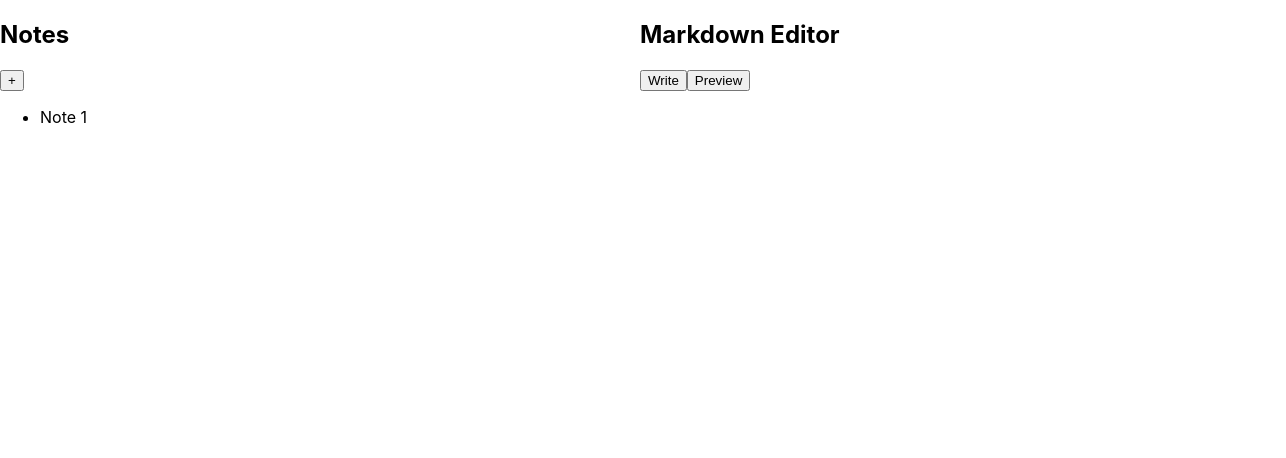
Repository: sriram1224/markdown_editor
Page: /
These files come from the project's save history. The page is drawn as it stood at one moment and after the next save; the edit follows.
The browser window is 1280 px wide. The page is 1280 px wide, then 1286 px, so the pictures cover 1286 px, including what lies to the right of the window. The pictures show the whole page.
The project was rebuilt for these pictures with package versions that can differ from the ones it lists, and the page was loaded fresh each time.

Above is the page before, as saved 2024-04-22 20:18:22.

### src/App.js

import MarkdownEditor from './Components/Markdown';
function App() {
  return (
    <div>
     <MarkdownEditor />
    </div>
  );
}

export default App;

### src/Components/Markdown.js
import React, { useState } from 'react';
import ReactMarkdown from 'react-markdown';

const MarkdownEditor = () => {
  const [notes, setNotes] = useState([{ id: 1, content: '' }]);
  const [currentNoteId, setCurrentNoteId] = useState(1);
  const [markdownContent, setMarkdownContent] = useState('');
  const [showEditor, setShowEditor] = useState(false);

  const handleNoteAdd = () => {
    const newNoteId = currentNoteId + 1;
    setNotes([...notes, { id: newNoteId, content: '' }]);
    setCurrentNoteId(newNoteId);
    setMarkdownContent('');
    setShowEditor(true);
  };

  const handleNoteChange = (id, content) => {
    const updatedNotes = notes.map((note) =>
      note.id === id ? { ...note, content } : note
    );
    setNotes(updatedNotes);
  };

  const handleEditorChange = (content) => {
    setMarkdownContent(content);
    handleNoteChange(currentNoteId, content);
  };

  const handleNoteClick = (id) => {
    const note = notes.find(note => note.id === id);
    if (note) {
      setCurrentNoteId(id);
      setMarkdownContent(note.content);
      setShowEditor(true);
    }
  };

    return (
    <div>
      <div style={{ float: 'left', width: '50%' }}>
        <h2>Notes</h2><button onClick={handleNoteAdd}>+</button>
        <ul>
          {notes.map((note) => (
            <li key={note.id} onClick={() => handleNoteClick(note.id)}>
              Note {note.id}
            </li>
          ))}
        </ul>

      </div>
      <div style={{ float: 'left', width: '50%' }}>
        <h2>Markdown Editor</h2>
        <div>
          <button onClick={() => setShowEditor(true)}>Write</button>
          <button onClick={() => setShowEditor(false)}>Preview</button>
        </div>
        {showEditor ? (
          <textarea
            value={markdownContent}
            onChange={(e) => handleEditorChange(e.target.value)}
            style={{ width: '100%', height: '300px' }}
          />
        ) : (
          <ReactMarkdown>{markdownContent}</ReactMarkdown>
        )}
      </div>
    </div>
  );
};

export default MarkdownEditor;

Loaded but not shown: public/index.html (common file); src/index.js (common file); src/index.css (common file); src/reportWebVitals.js (common file)

After the next save:
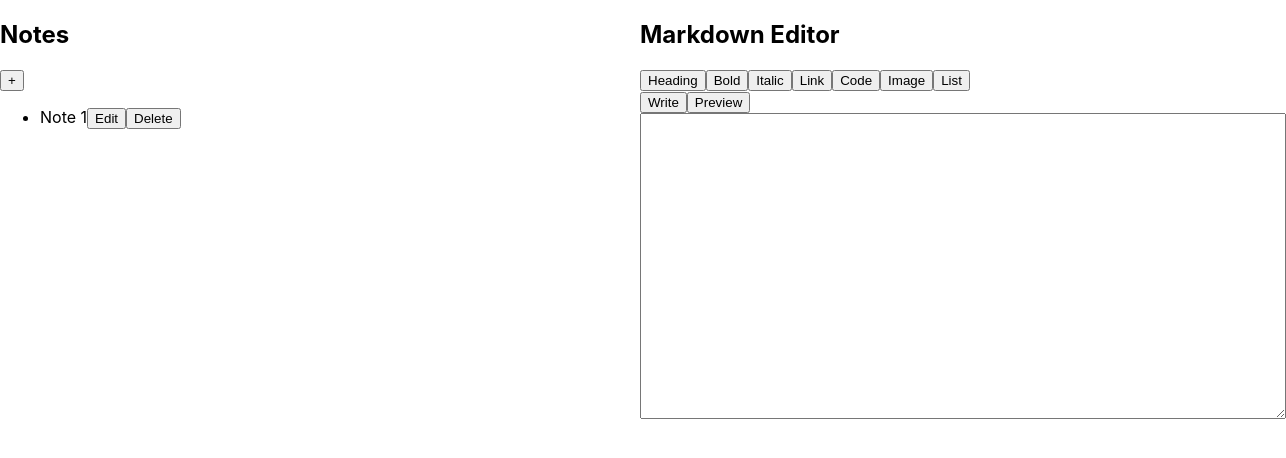
Saved 10 min 19 s later.
--- a/src/Components/Markdown.js
+++ b/src/Components/Markdown.js
@@ -1,14 +1,16 @@
-import React, { useState } from 'react';
+import React, { useState, useRef } from 'react';
 import ReactMarkdown from 'react-markdown';
 
 const MarkdownEditor = () => {
   const [notes, setNotes] = useState([{ id: 1, content: '' }]);
   const [currentNoteId, setCurrentNoteId] = useState(1);
   const [markdownContent, setMarkdownContent] = useState('');
-  const [showEditor, setShowEditor] = useState(false);
+  const [showEditor, setShowEditor] = useState(true);
+
+  const textareaRef = useRef();
 
   const handleNoteAdd = () => {
-    const newNoteId = currentNoteId + 1;
+    const newNoteId = (notes[notes.length - 1]?.id || 0) + 1;
     setNotes([...notes, { id: newNoteId, content: '' }]);
     setCurrentNoteId(newNoteId);
     setMarkdownContent('');
@@ -36,27 +38,70 @@ const MarkdownEditor = () => {
     }
   };
 
-    return (
+  const handleMarkdownFeatureClick = (feature) => {
+    const markdownSnippet = {
+      heading: '# heading\n',
+      bold: '**bold text**\n',
+      italic: '*italic text*\n',
+      link: '[link text](http://example.com)\n',
+      code: '`code`\n',
+      image: '![alt text](image.jpg)\n',
+      list: '- list item\n',
+    }[feature];
+
+    const cursorPosition = textareaRef.current.selectionStart;
+    const newMarkdownContent = [
+      markdownContent.slice(0, cursorPosition),
+      markdownSnippet,
+      markdownContent.slice(cursorPosition),
+    ].join('');
+
+    setMarkdownContent(newMarkdownContent);
+    handleNoteChange(currentNoteId, newMarkdownContent);
+  };
+
+  const handleNoteDelete = (id) => {
+    setNotes(notes.filter(note => note.id !== id));
+    if (id === currentNoteId) {
+      setCurrentNoteId(null);
+      setMarkdownContent('');
+      setShowEditor(false);
+    }
+  };
+
+  return (
     <div>
       <div style={{ float: 'left', width: '50%' }}>
-        <h2>Notes</h2><button onClick={handleNoteAdd}>+</button>
+        <h2>Notes</h2>
+        <button onClick={handleNoteAdd}>+</button>
         <ul>
           {notes.map((note) => (
-            <li key={note.id} onClick={() => handleNoteClick(note.id)}>
+            <li key={note.id}>
               Note {note.id}
+              <button onClick={() => handleNoteClick(note.id)}>Edit</button>
+              <button onClick={() => handleNoteDelete(note.id)}>Delete</button>
             </li>
           ))}
         </ul>
-
       </div>
       <div style={{ float: 'left', width: '50%' }}>
         <h2>Markdown Editor</h2>
+        <div>
+          <button onClick={() => handleMarkdownFeatureClick('heading')}>Heading</button>
+          <button onClick={() => handleMarkdownFeatureClick('bold')}>Bold</button>
+          <button onClick={() => handleMarkdownFeatureClick('italic')}>Italic</button>
+          <button onClick={() => handleMarkdownFeatureClick('link')}>Link</button>
+          <button onClick={() => handleMarkdownFeatureClick('code')}>Code</button>
+          <button onClick={() => handleMarkdownFeatureClick('image')}>Image</button>
+          <button onClick={() => handleMarkdownFeatureClick('list')}>List</button>
+        </div>
         <div>
           <button onClick={() => setShowEditor(true)}>Write</button>
           <button onClick={() => setShowEditor(false)}>Preview</button>
         </div>
         {showEditor ? (
           <textarea
+            ref={textareaRef}
             value={markdownContent}
             onChange={(e) => handleEditorChange(e.target.value)}
             style={{ width: '100%', height: '300px' }}
